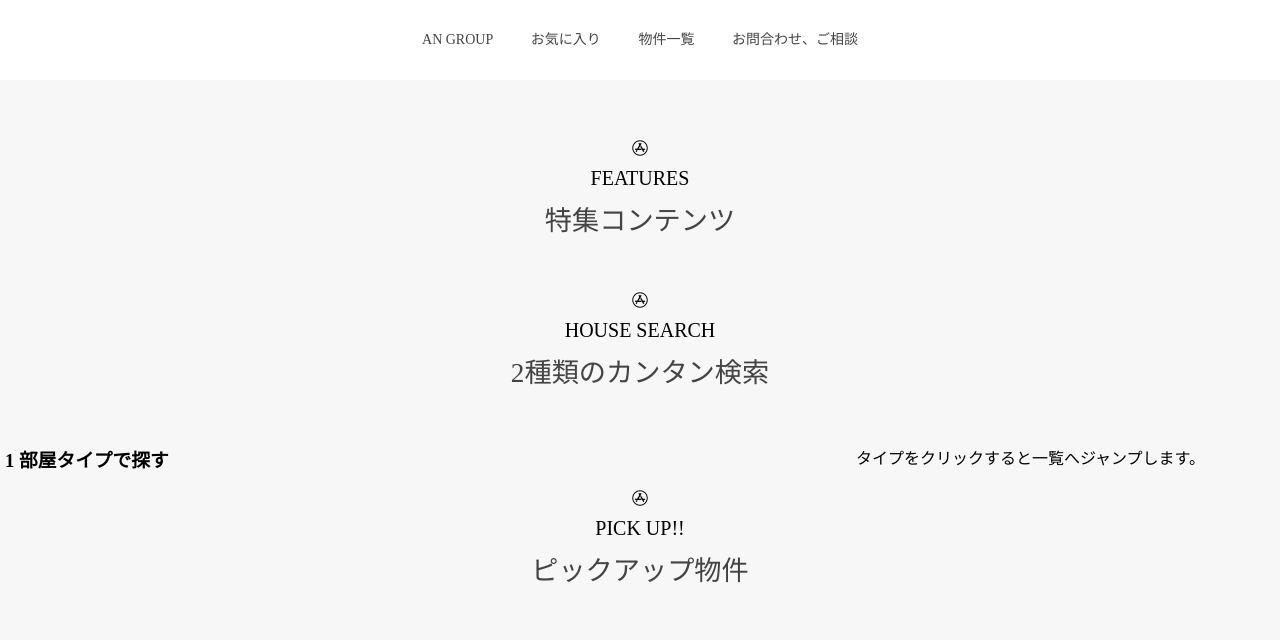
Repository: ninhdavid/real-estate
Page: index.html
The author's editor kept a copy of each file at every save. The page is drawn from the files as they stood at one save, then again after the next save.
The browser window is 1280 px wide. The pictures show the whole page.
Some web libraries are served in a nearby version. The style sheet was rebuilt from its Sass, Less or Tailwind sources for each picture, by a compiler version that may differ from the author's.

Above is the page before, as saved 2022-05-10 21:08:16.

After the next save:
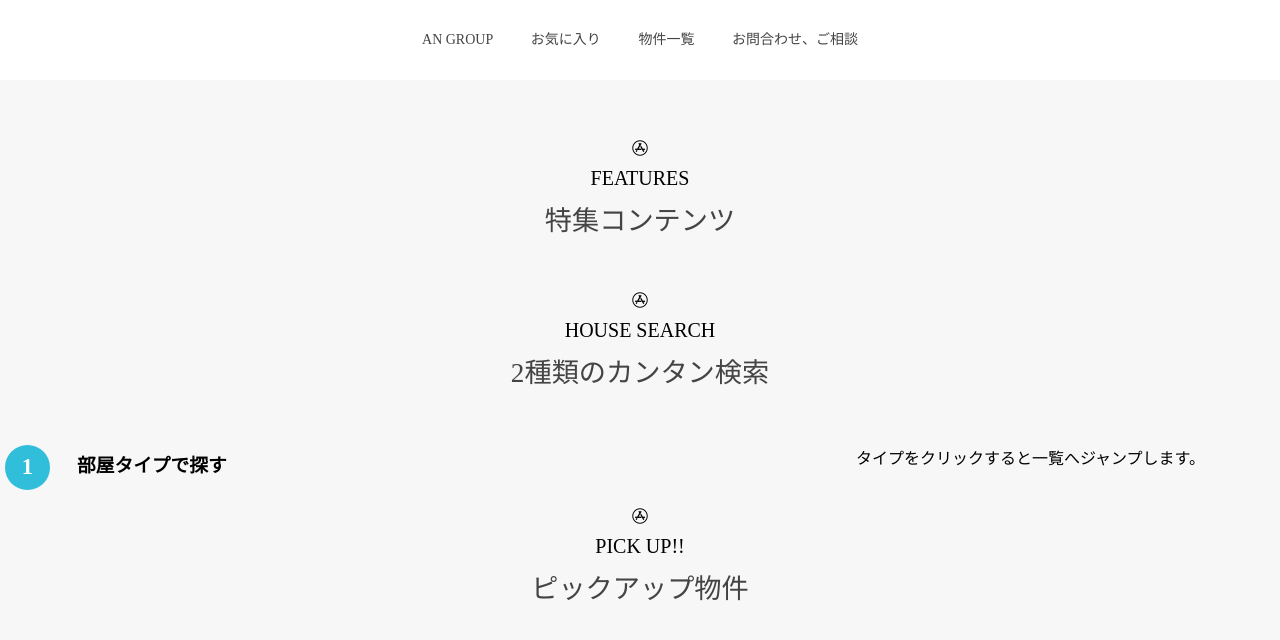
Saved 14 s later.
--- a/css/main.scss
+++ b/css/main.scss
@@ -89,7 +89,7 @@
     display:flex;
     justify-content:space-between;
 }
-.title-area>span{
+.title-area>h3>span{
     width: 2em;
     line-height: 2em;
     background-color: #30bedb;
